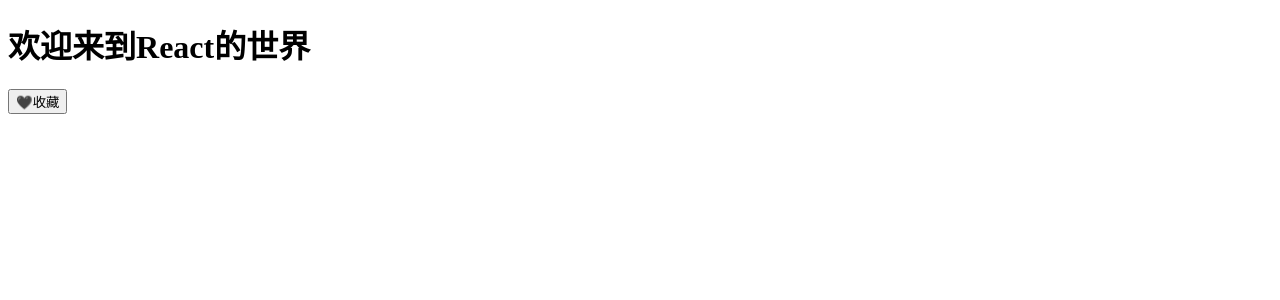
Repository: ysl200/111
Page: / (app in react/frontend/)
An editor plug-in stored every save of this project. The page is shown before and after a run of saves, followed by the edit.
The browser window is 1280 px wide. The pictures show the whole page.
The project was rebuilt for these pictures with package versions that can differ from the ones it lists, and the page was loaded fresh each time.

Above is the page before, as saved 2023-12-20 13:17:13.

### react/frontend/src/index.js
// console.log("hello world")

import React, {Component} from 'react'
// import ReactDOM from 'react-dom'
import {createRoot} from 'react-dom/client';

class App extends Component {
    // state = {
    //     name: 'React',
    //     isLiked: false
    // }
    constructor() {
        super()
        this.state = {
            name: 'React',
            isLiked: false
        }
    }
    handleBtnClick = () => {
        this.setState({
            isLiked: !this.state.isLiked

        })
        console.log('click')
    }
    render () {
            return (
                <div>
                    <h1>欢迎来到{this.state.name}的世界</h1>
                <button>
                {
                    this.state.isLiked ? '❤取消' : '🖤收藏'
                }
                </button>
                </div>
            )
        }
}

// ReactDOM.render(
//     <App/>,
//     document.getElementById('root')
//     )

const container = document.getElementById('root');
const root = createRoot(container);
root.render(<App />);

Loaded but not shown: react/frontend/public/index.html (common file)

After the next 3 saves:
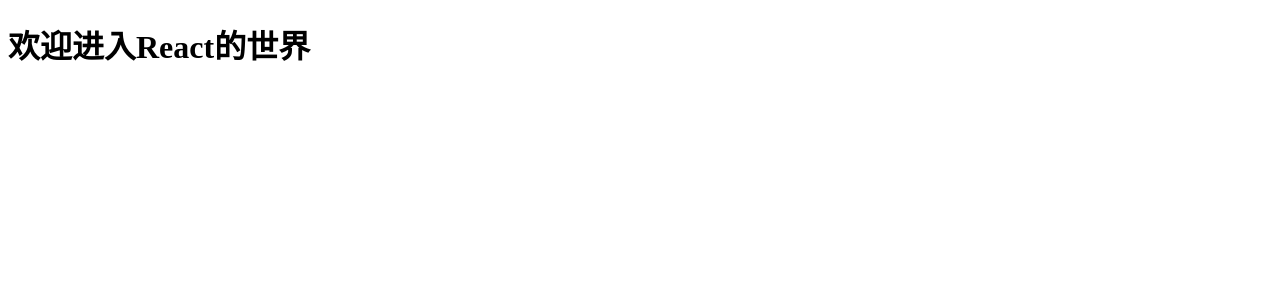
The 3 saves are shown as one change because 2 did not build or start.
The last was saved 6 days later.
--- a/react/frontend/src/index.js
+++ b/react/frontend/src/index.js
@@ -1,47 +1,11 @@
-// console.log("hello world")
 
-import React, {Component} from 'react'
-// import ReactDOM from 'react-dom'
-import {createRoot} from 'react-dom/client';
+import React from 'react'
 
-class App extends Component {
-    // state = {
-    //     name: 'React',
-    //     isLiked: false
-    // }
-    constructor() {
-        super()
-        this.state = {
-            name: 'React',
-            isLiked: false
-        }
-    }
-    handleBtnClick = () => {
-        this.setState({
-            isLiked: !this.state.isLiked
+import ReactDOM from 'react-dom'
 
-        })
-        console.log('click')
-    }
-    render () {
-            return (
-                <div>
-                    <h1>欢迎来到{this.state.name}的世界</h1>
-                <button>
-                {
-                    this.state.isLiked ? '❤取消' : '🖤收藏'
-                }
-                </button>
-                </div>
-            )
-        }
-}
+ReactDOM.render(
 
-// ReactDOM.render(
-//     <App/>,
-//     document.getElementById('root')
-//     )
+    <h1>欢迎进入React的世界</h1>,
 
-const container = document.getElementById('root');
-const root = createRoot(container);
-root.render(<App />);
+    document.getElementById('root')
+    )

After the 4 saves that followed:
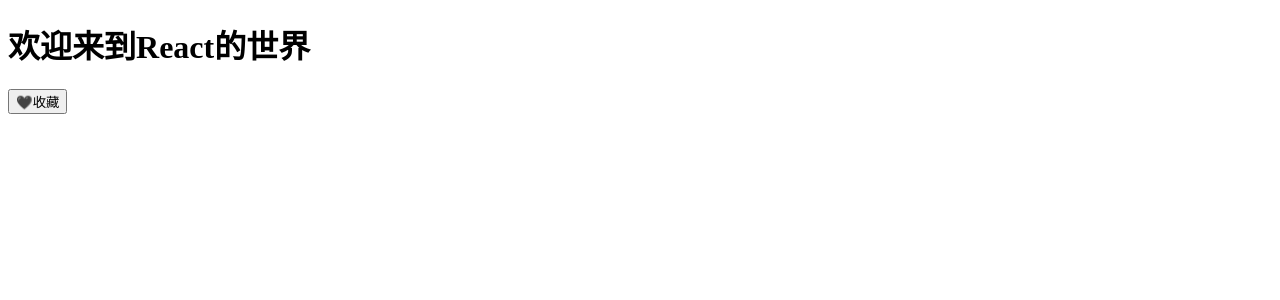
The 4 saves are shown as one change because 2 did not build or start and 1 left the picture as it was.
The last was saved 4 min 42 s later.
--- a/react/frontend/src/index.js
+++ b/react/frontend/src/index.js
@@ -1,11 +1,25 @@
 
-import React from 'react'
-
+import React, { Component } from 'react'
 import ReactDOM from 'react-dom'
-
+class App extends Component {
+state = {
+name: 'React',
+isLiked: false
+}
+render () {
+return (
+<div>
+<h1>欢迎来到{this.state.name}的世界</h1>
+<button>
+{
+this.state.isLiked ? '❤取消' : '🖤收藏'
+}
+</button>
+</div>
+)
+}
+}
 ReactDOM.render(
-
-    <h1>欢迎进入React的世界</h1>,
-
-    document.getElementById('root')
-    )
+<App/>,
+document.getElementById('root')
+)
